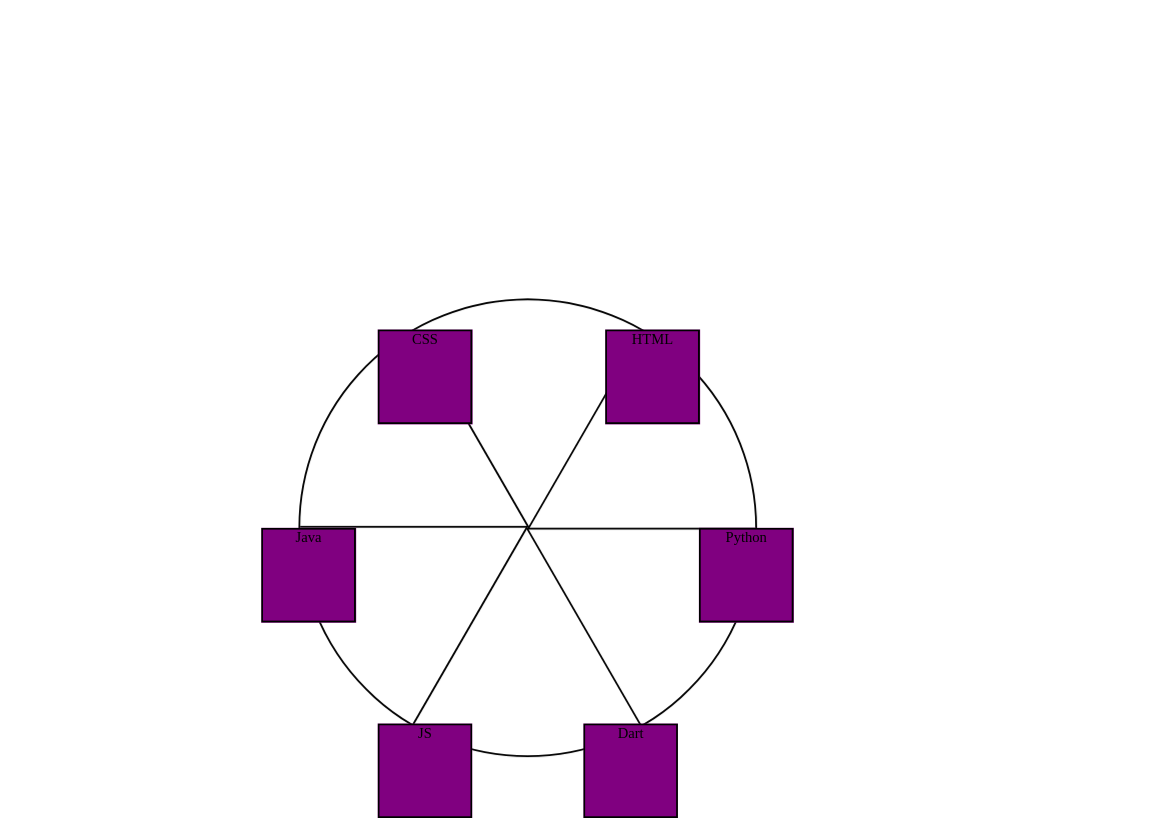
Repository: Lungdjos/ferris_wheel
Page: index.html
These files come from the project's save history. The page is drawn as it stood at one moment and after a run of saves; the edit follows.
The browser window is 1280 px wide. The pictures show the whole page, at 91% of full size.

Above is the page before, as saved 2024-01-12 11:09:16.

### index.html
<!DOCTYPE html>
<html lang="en">

<head>
    <meta charset="UTF-8">
    <meta name="viewport" content="width=device-width, initial-scale=1.0">
    <title>Ferris Wheel</title>
    <link rel="stylesheet" href="./styles.css">
</head>

<body>
    <div class="wheel">
        <span class="line"></span>
        <span class="line"></span>
        <span class="line"></span>
        <span class="line"></span>
        <span class="line"></span>
        <span class="line"></span>
        <div class="cabin">Java</div>
        <div class="cabin">CSS</div>
        <div class="cabin">HTML</div>
        <div class="cabin">Python</div>
        <div class="cabin">Dart</div>
        <div class="cabin">JS</div>
    </div>

</body>

</html>

### styles.css
    body {
        /* align-items: center; */
        justify-content: center;
    }
    /* styling for the wheel */

    .wheel {
        border: 2px solid black;
        border-radius: 50%;
        margin: 25%;
        position: absolute;
        height: 55vw;
        width: 55vw;
        max-width: 500px;
        max-height: 500px;
        animation-name: wheel;
        animation-duration: 10s;
        animation-iteration-count: infinite;
        animation-timing-function: linear;
    }
    /* styling for the line */

    .line {
        background-color: black;
        height: 2px;
        width: 50%;
        top: 50%;
        left: 50%;
        position: absolute;
        transform-origin: 0% 0%;
    }

    .line:nth-of-type(2) {
        transform: rotate(60deg);
    }

    .line:nth-of-type(3) {
        transform: rotate(120deg);
    }

    .line:nth-of-type(4) {
        transform: rotate(180deg);
    }

    .line:nth-of-type(5) {
        transform: rotate(240deg);
    }

    .line:nth-of-type(6) {
        transform: rotate(-60deg);
    }
    /* styling for the cabin */

    .cabin {
        background-color: red;
        width: 20%;
        height: 20%;
        border: 2px solid;
        position: absolute;
        transform-origin: 50% 0%;
        animation: cabins 10s ease-in-out infinite;
        text-align: center;
        align-items: center;
        padding: ;
    }

    .cabin:nth-of-type(1) {
        right: -8.5%;
        top: 50%;
    }

    .cabin:nth-of-type(2) {
        right: 17%;
        top: 93.5%;
        background-color: orangered;
    }

    .cabin:nth-of-type(3) {
        right: 67%;
        top: 93.5%;
        background-color: orange;
    }

    .cabin:nth-of-type(4) {
        left: -8.5%;
        top: 50%;
        background-color: blueviolet;
    }

    .cabin:nth-of-type(5) {
        left: 17%;
        top: 7%;
        background-color: plum;
    }

    .cabin:nth-of-type(6) {
        right: 17%;
        top: 7%;
        background-color: purple;
    }
    /* animation styling */
    /* animation for the wheel */

    @keyframes wheel {
        0% {
            transform: rotate(0deg);
        }
        100% {
            transform: rotate(360deg);
        }
    }
    /* animation for the cabins */

    @keyframes cabins {
        0% {
            transform: rotate(0deg);
        }
        25% {
            background-color: yellowgreen;
        }
        50% {
            background-color: purple;
        }
        75% {
            background-color: brown;
        }
        100% {
            transform: rotate(-360deg);
        }
    }

After the next 2 saves:
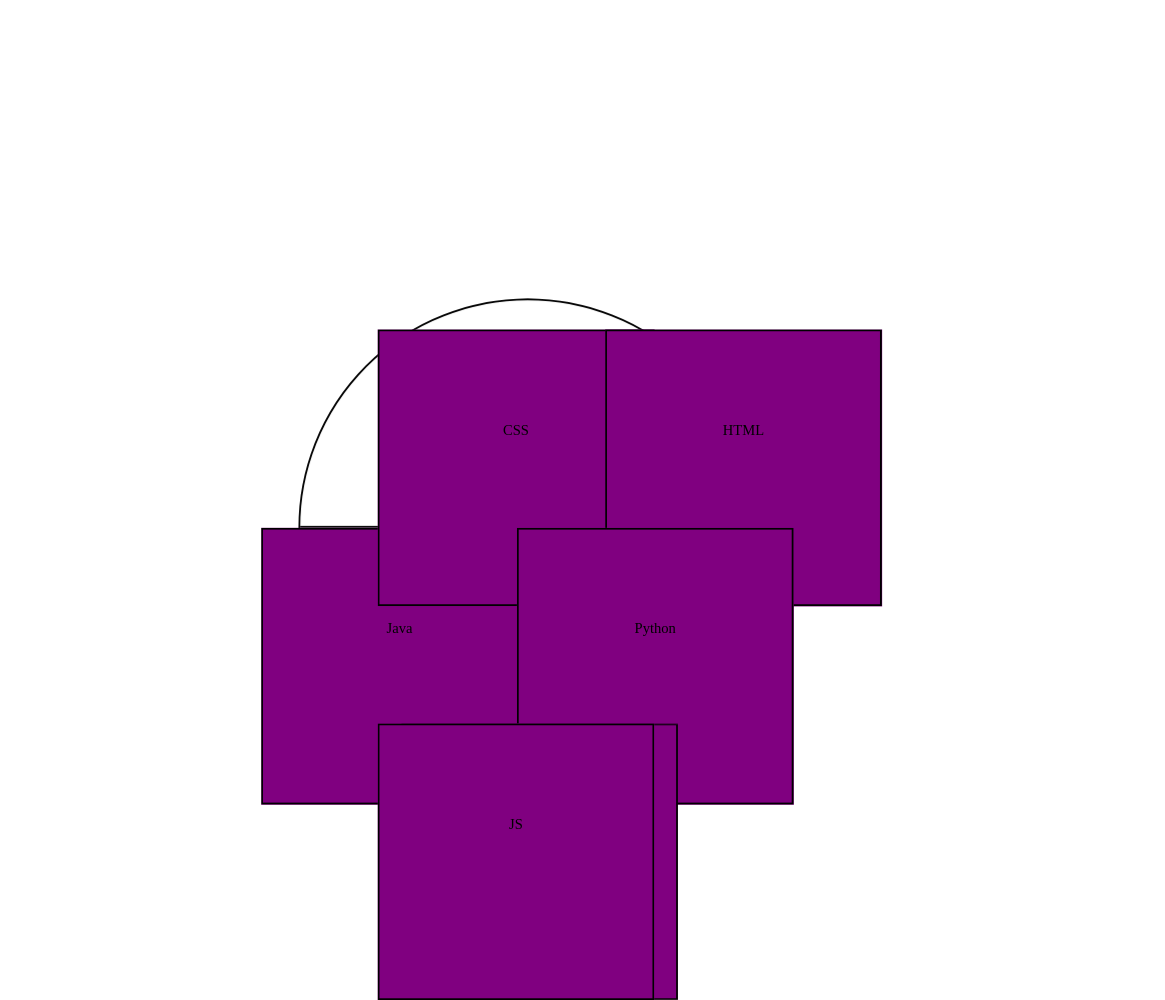
The 2 saves are shown as one change because they came seconds apart.
The last was saved 6 s later.
--- a/styles.css
+++ b/styles.css
@@ -61,7 +61,7 @@
         animation: cabins 10s ease-in-out infinite;
         text-align: center;
         align-items: center;
-        padding: ;
+        padding: 20%;
     }
 
     .cabin:nth-of-type(1) {
